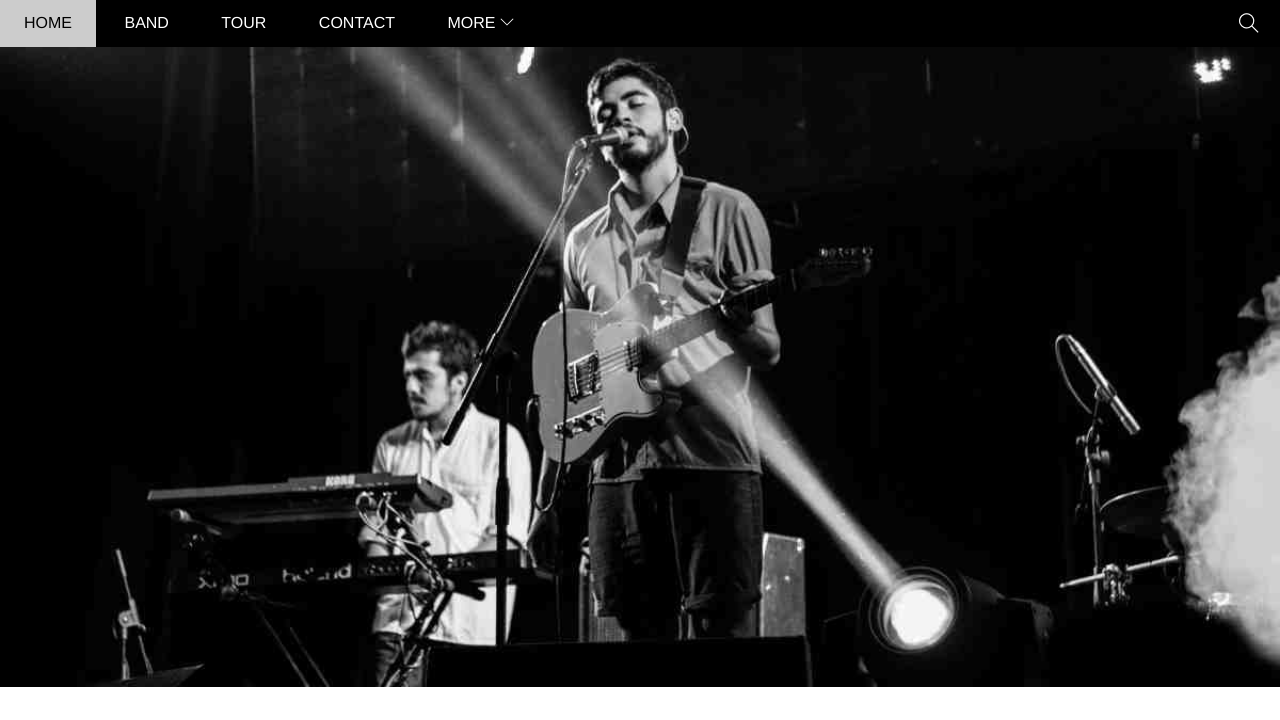
Repository: qhoa25623/The-Band
Page: index.html
An editor plug-in stored every save of this project. The page is shown before and after the next save, followed by the edit.
The browser window is 1280 px wide. The pictures show the whole page.

Above is the page before, as saved 2022-04-25 22:41:21.

After the next save:
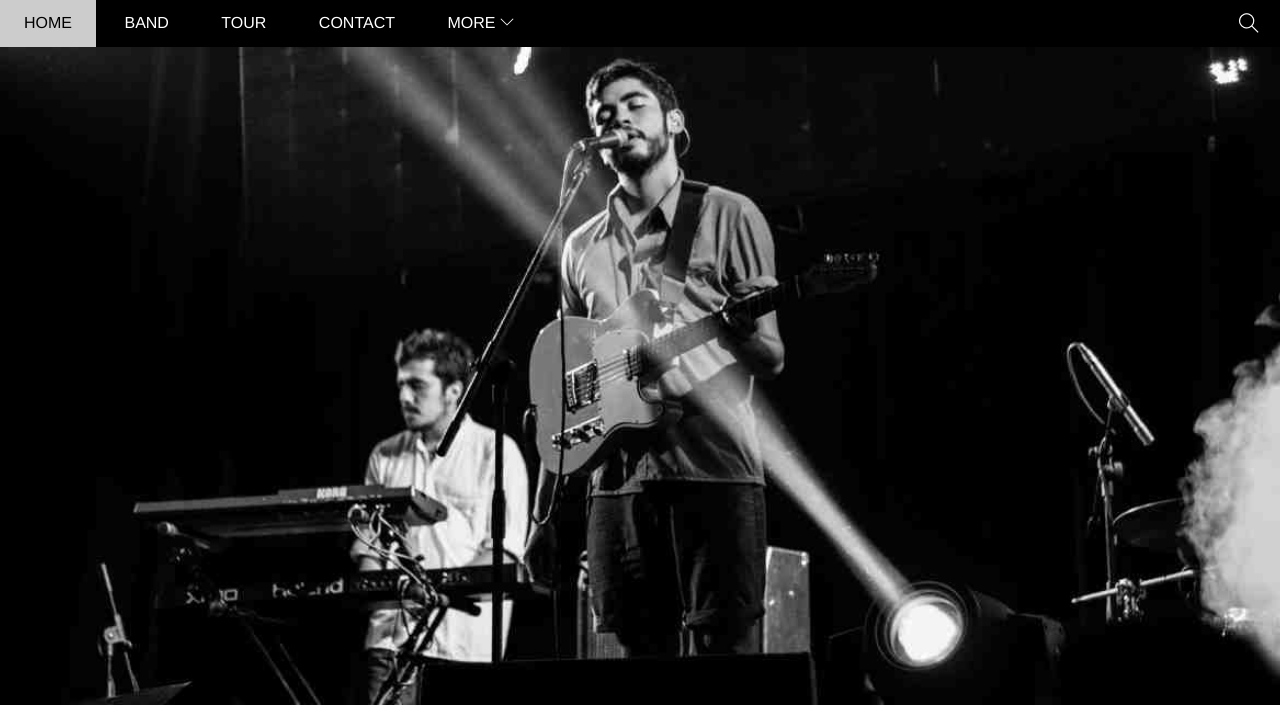
Saved 13 s later.
--- a/index.html
+++ b/index.html
@@ -34,7 +34,7 @@
       </div>
       <div id="slider">
         <div class="text-content">
-
+          .text
         </div>
       </div>
       <div id="content"></div>

After the save that followed:
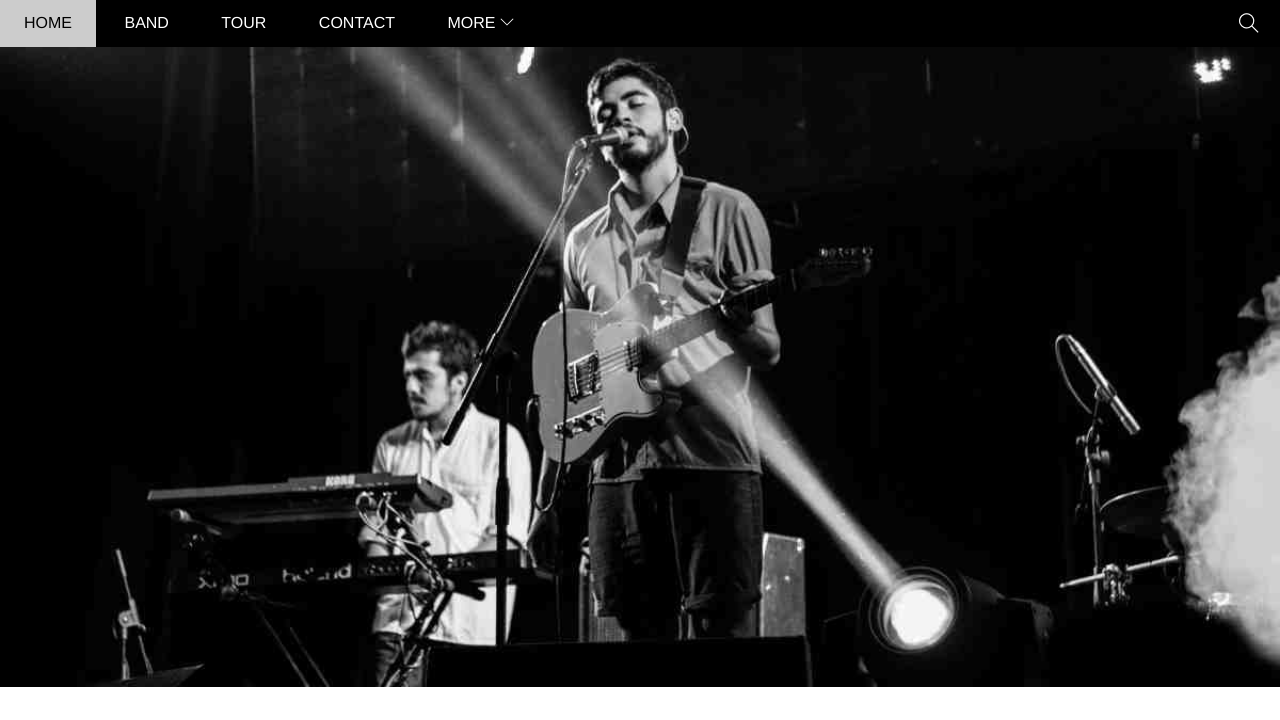
Saved 4 s later.
--- a/index.html
+++ b/index.html
@@ -34,7 +34,7 @@
       </div>
       <div id="slider">
         <div class="text-content">
-          .text
+          <div class="text-heading"></div>
         </div>
       </div>
       <div id="content"></div>
